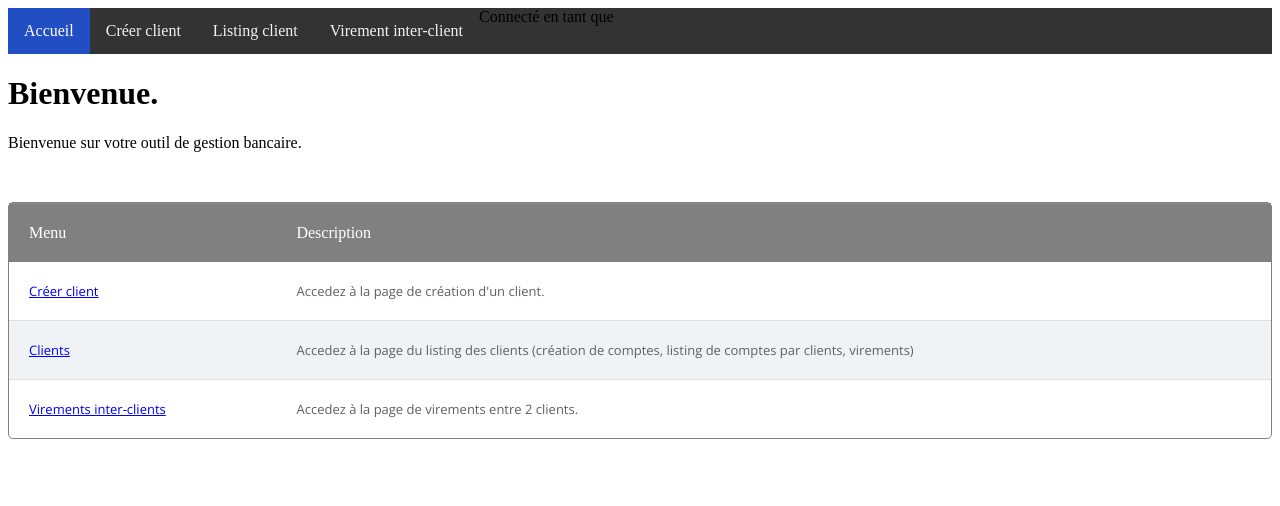
Repository: LoicAuge/Projet-Banque-Java-Spring
Page: http://localhost/banque-www/WEB-INF/views/homeClient.jsp
The author's editor kept a copy of each file at every save. The page is drawn from the files as they stood at one save, then again after the next save.
The browser window is 1280 px wide. The pictures show the whole page.
Some web fonts or font styles are not loaded; a fallback is used. The page is served by Tomcat 9. Nobody is signed in. The template is opened directly, without the code that normally fills it, so the values that code supplies are empty.

Above is the page before, as saved 2021-01-07 16:27:02.

After the next save:
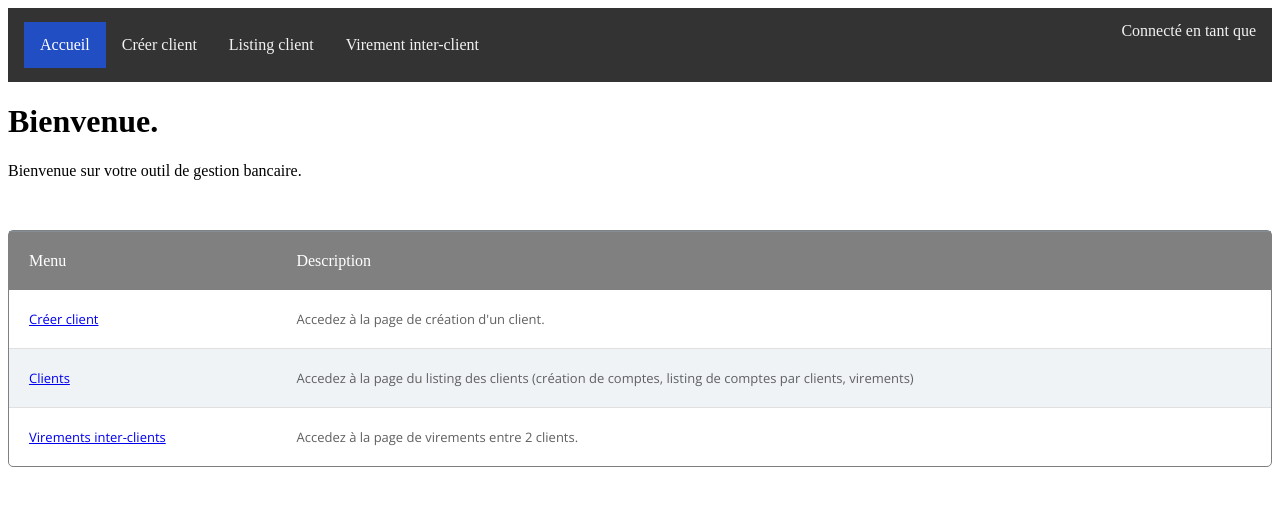
Saved 3 min 30 s later.
--- a/banque-www/src/main/webapp/WEB-INF/views/homeClient.jsp
+++ b/banque-www/src/main/webapp/WEB-INF/views/homeClient.jsp
@@ -26,7 +26,11 @@ p, h1, li {
 }
 .topnav {
   background-color: #333;
-  overflow: hidden;
+    overflow: hidden;
+    display: flex;
+    flex-direction: row;
+    flex-wrap: nowrap;
+    justify-content: space-between;
 }
 /* Style the links inside the navigation bar */
 .topnav a {
@@ -40,7 +44,7 @@ p, h1, li {
   font-weight:400;
 }
 
-.topnav p {
+.topnav div {
   float: right;
   color: #f2f2f2;
   text-align: right;
